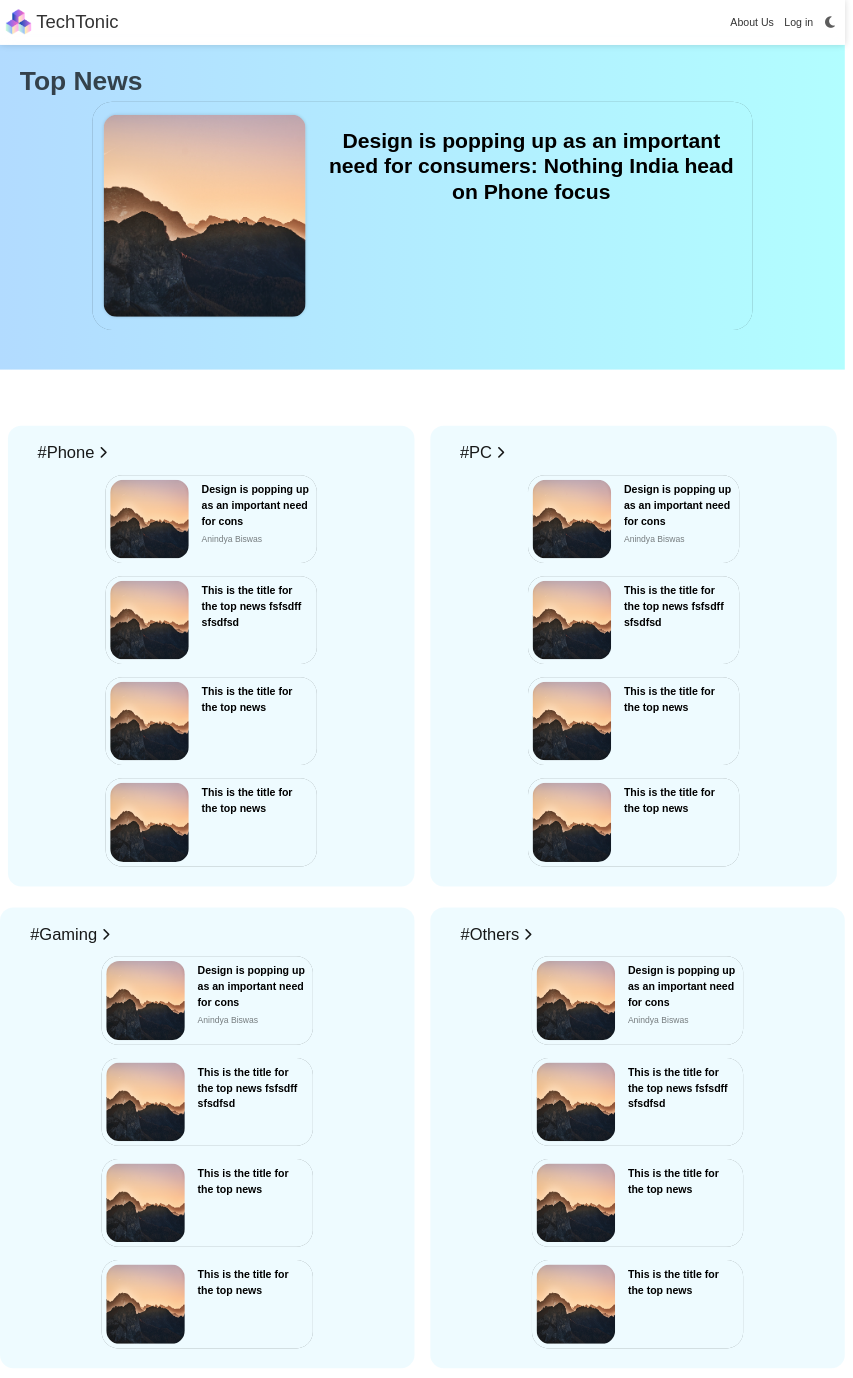
Repository: Anindyait/Tech-Tonic
Page: http://localhost/TechTonic/index.jsp
An editor plug-in stored every save of this project. The page is shown before and after the next save, followed by the edit.
The browser window is 1280 px wide. The page is 1292 px wide, so the pictures cover 1292 px, including what lies to the right of the window. The pictures show the whole page, at 66% of full size.
Some web fonts or font styles are not loaded; a fallback is used. Some web libraries are served in a nearby version. The page is served by Tomcat 9. Other server files are loaded and not shown. The template is opened directly, without the code that normally fills it, so the values that code supplies are empty.

Above is the page before, as saved 2023-06-11 14:32:43.

### TechTonic/src/main/webapp/index.jsp
<%@ page import = "java.io.*,java.util.*,java.sql.*"%>
<%@ page import = "javax.servlet.http.*,javax.servlet.*" %>
<%@ taglib uri="http://java.sun.com/jsp/jstl/core" prefix = "c"%>
<%@ taglib uri="http://java.sun.com/jsp/jstl/sql" prefix = "sql"%>

<!doctype html>
<html lang="en">
<head>
    <meta charset="ISO-8859-1">
    <script src="http://crypto-js.googlecode.com/svn/tags/3.1.2/build/rollups/md5.js"></script>
   <script src="https://cdnjs.cloudflare.com/ajax/libs/crypto-js/3.1.9-1/crypto-js.js"></script>
    <script src="https://code.jquery.com/jquery-3.3.1.js"
			integrity="sha256-2Kok7MbOyxpgUVvAk/HJ2jigOSYS2auK4Pfzbm7uH60="
			crossorigin="anonymous">
	</script>
	<link href="https://cdn.jsdelivr.net/npm/bootstrap@5.2.3/dist/css/bootstrap.min.css" rel="stylesheet" integrity="sha384-rbsA2VBKQhggwzxH7pPCaAqO46MgnOM80zW1RWuH61DGLwZJEdK2Kadq2F9CUG65" crossorigin="anonymous">
	<script>
		$(function () {
			$("#header").load("header.html");
			$("#footer").load("footer.html");
		});

	</script>



	<meta name="viewport" content="width=device-width, initial-scale=1">
    <title><% out.println(request.getAttribute("title")); %></title>
    <link rel="icon" href="imgs/tech.png">


</head>
<body>



    <script src="https://cdn.jsdelivr.net/npm/bootstrap@5.2.3/dist/js/bootstrap.bundle.min.js" integrity="sha384-kenU1KFdBIe4zVF0s0G1M5b4hcpxyD9F7jL+jjXkk+Q2h455rYXK/7HAuoJl+0I4" crossorigin="anonymous"></script>

    <div class="font">
		<div class="container-fluid">
			<div id="header"></div>
			    <link rel="stylesheet" href="styles/style.css">
			    <div class="header-spacing"></div>

			    <div class="top-bg">
        			<h1>Top News</h1>

			     	<div class="top-news">
            			<div class="row" style="margin:auto">
	                		<div class="col-md-4" >
	                    		<img src="imgs/img.jpg" class="img-fluid top-img" style="margin:auto">
	                		</div>
                    	<div class="col-md" >
                        	<h2 class="top-news-title d-flex align-items-center">Design is popping up as an important need for consumers: Nothing India head on Phone focus</h2>
                       <!-- <p class="top-news-poster">Anindya Biswas</p>-->

                		</div>
          			  </div>
       				 </div>
    			</div>

    <div class="row" style="margin:2px auto;">
        <div class="col-md" >
            <div class="news-container">
                <a href="#" class="no-decoration">
                <div class="news-category">#Phone <i class="fa-solid fa-chevron-right fa-xs"></i></div>
                </a>
                <ul>
                <li>
                <div class="news">
                    <div class="row" style="margin:auto;">
                        <div class="col-5" >
                            <div class="news-image-container">
                            <img src="imgs/img.jpg" class="img-fluid ">
                            </div>
                        </div>
                            <div class="col" >
                                <div class="news-title" max-length="10">Design is popping up as an important need for consumers: Nothing India head on Phone focus adasdasdhi dasdhaishdiasd asdihaidyaiodaoidaod</div>
                                <p>Anindya Biswas</p>
                            </div>
                    </div>
                </div>
                </li>

                <li>
                <div class="news">

                    <div class="row" style="margin:auto">
                        <div class="col-5" >
                            <div class="news-image-container">
                            <img src="imgs/img.jpg" height="100%" class="img-fluid">
                            </div>
                        </div>
                            <div class="col" style="width:100%">
                                <div class="news-title">This is the title for the top news fsfsdff sfsdfsdfsd fsdf s d f s d f s dfs fdfgfgdfg dfg dffgd fg gdfg dfg dfg dfg dfg dfgdfgergtrhfg ggdfg</div>
                        </div>
                    </div>
                </div>
            </li>



                <li>
                <div class="news">
                    <div class="row" style="margin:auto">
                        <div class="col-5">
                            <div class="news-image-container">
                            <img src="imgs/img.jpg" height="100%" class="img-fluid">
                            </div>
                        </div>
                            <div class="col">
                                <div class="news-title">This is the title for the top news</div>
                        </div>
                    </div>
                </div>
            </li>

            <li>
                <div class="news">
                    <div class="row" style="margin:auto">
                        <div class="col-5">
                            <div class="news-image-container">
                            <img src="imgs/img.jpg" height="100%" class="img-fluid">
                            </div>
                        </div>
                            <div class="col">
                                <div class="news-title">This is the title for the top news</div>
                        </div>
                    </div>
                </div>
            </li>



            </ul>


        </div>
        </div>
        <div class="col-md" >
            <div class="news-container">
                <a href="#" class="no-decoration">
                <div class="news-category">#PC <i class="fa-solid fa-chevron-right fa-xs"></i></div>
                </a>
            <ul>
                <li>
                <div class="news">
                    <div class="row" style="margin:auto;">
                        <div class="col-5" >
                            <div class="news-image-container">
                            <img src="imgs/img.jpg" class="img-fluid ">
                            </div>
                        </div>
                            <div class="col" >
                                <div class="news-title" max-length="10">Design is popping up as an important need for consumers: Nothing India head on Phone focus adasdasdhi dasdhaishdiasd asdihaidyaiodaoidaod</div>
                                <p>Anindya Biswas</p>
                            </div>
                    </div>
                </div>
                </li>

                <li>
                <div class="news">

                    <div class="row" style="margin:auto">
                        <div class="col-5" >
                            <div class="news-image-container">
                            <img src="imgs/img.jpg" height="100%" class="img-fluid">
                            </div>
                        </div>
                            <div class="col" style="width:100%">
                                <div class="news-title">This is the title for the top news fsfsdff sfsdfsdfsd fsdf s d f s d f s dfs fdfgfgdfg dfg dffgd fg gdfg dfg dfg dfg dfg dfgdfgergtrhfg ggdfg</div>
                        </div>
                    </div>
                </div>
            </li>



                <li>
                <div class="news">
                    <div class="row" style="margin:auto">
                        <div class="col-5">
                            <div class="news-image-container">
                            <img src="imgs/img.jpg" height="100%" class="img-fluid">
                            </div>
                        </div>
                            <div class="col">
                                <div class="news-title">This is the title for the top news</div>
                        </div>
                    </div>
                </div>
            </li>

            <li>
                <div class="news">
                    <div class="row" style="margin:auto">
                        <div class="col-5">
                            <div class="news-image-container">
                            <img src="imgs/img.jpg" height="100%" class="img-fluid">
                            </div>
                        </div>
                            <div class="col">
                                <div class="news-title">This is the title for the top news</div>
                        </div>
                    </div>
                </div>
            </li>



            </ul>


            </div>


        </div>

    </div>
    <div class="row">
        <div class="col-md" >
            <div class="news-container">
                <a href="#" class="no-decoration">
                <div class="news-category">#Gaming <i class="fa-solid fa-chevron-right fa-xs"></i></div>
                </a>
            <ul>
                <li>
                <div class="news">
                    <div class="row" style="margin:auto;">
                        <div class="col-5" >
                            <div class="news-image-container">
                            <img src="imgs/img.jpg" class="img-fluid ">
                            </div>
                        </div>
                            <div class="col" >
                                <div class="news-title" max-length="10">Design is popping up as an important need for consumers: Nothing India head on Phone focus adasdasdhi dasdhaishdiasd asdihaidyaiodaoidaod</div>
                                <p>Anindya Biswas</p>
                            </div>
                    </div>
                </div>
                </li>

                <li>
                <div class="news">

                    <div class="row" style="margin:auto">
                        <div class="col-5" >
                            <div class="news-image-container">
                            <img src="imgs/img.jpg" height="100%" class="img-fluid">
                            </div>
                        </div>
                            <div class="col" style="width:100%">
                                <div class="news-title">This is the title for the top news fsfsdff sfsdfsdfsd fsdf s d f s d f s dfs fdfgfgdfg dfg dffgd fg gdfg dfg dfg dfg dfg dfgdfgergtrhfg ggdfg</div>
                        </div>
                    </div>
                </div>
            </li>



                <li>
                <div class="news">
                    <div class="row" style="margin:auto">
                        <div class="col-5">
                            <div class="news-image-container">
                            <img src="imgs/img.jpg" height="100%" class="img-fluid">
                            </div>
                        </div>
                            <div class="col">
                                <div class="news-title">This is the title for the top news</div>
                        </div>
                    </div>
                </div>
            </li>

            <li>
                <div class="news">
                    <div class="row" style="margin:auto">
                        <div class="col-5">
                            <div class="news-image-container">
                            <img src="imgs/img.jpg" height="100%" class="img-fluid">
                            </div>
                        </div>
                            <div class="col">
                                <div class="news-title">This is the title for the top news</div>
                        </div>
                    </div>
                </div>
            </li>



            </ul>


            </div>


        </div>

        <div class="col-md" >
            <div class="news-container">
                <a href="#" class="no-decoration">
                <div class="news-category">#Others <i class="fa-solid fa-chevron-right fa-xs"></i></div>
                </a>
            <ul>
                <li>
                <div class="news">
                    <div class="row" style="margin:auto;">
                        <div class="col-5" >
                            <div class="news-image-container">
                            <img src="imgs/img.jpg" class="img-fluid ">
                            </div>
                        </div>
                            <div class="col" >
                                <div class="news-title" max-length="10">Design is popping up as an important need for consumers: Nothing India head on Phone focus adasdasdhi dasdhaishdiasd asdihaidyaiodaoidaod</div>
                                <p>Anindya Biswas</p>
                            </div>
                    </div>
                </div>
                </li>

                <li>
                <div class="news">

                    <div class="row" style="margin:auto">
                        <div class="col-5" >
                            <div class="news-image-container">
                            <img src="imgs/img.jpg" height="100%" class="img-fluid">
                            </div>
                        </div>
                            <div class="col" style="width:100%">
                                <div class="news-title">This is the title for the top news fsfsdff sfsdfsdfsd fsdf s d f s d f s dfs fdfgfgdfg dfg dffgd fg gdfg dfg dfg dfg dfg dfgdfgergtrhfg ggdfg</div>
                        </div>
                    </div>
                </div>
            </li>



                <li>
                <div class="news">
                    <div class="row" style="margin:auto">
                        <div class="col-5">
                            <div class="news-image-container">
                            <img src="imgs/img.jpg" height="100%" class="img-fluid">
                            </div>
                        </div>
                            <div class="col">
                                <div class="news-title">This is the title for the top news</div>
                        </div>
                    </div>
                </div>
            </li>

            <li>
                <div class="news">
                    <div class="row" style="margin:auto">
                        <div class="col-5">
                            <div class="news-image-container">
                            <img src="imgs/img.jpg" height="100%" class="img-fluid">
                            </div>
                        </div>
                            <div class="col">
                                <div class="news-title">This is the title for the top news</div>
                        </div>
                    </div>
                </div>
            </li>



            </ul>


            </div>

			</div>


		</div>
	</div>
	</div>


</body>
<script>
	$(document).ready(function(){

        $('.news-title').each(function (f) {

            var newstr = $(this).text().substring(0,50);
            $(this).text(newstr);

          });
      })
	</script>
</html>

### TechTonic/src/main/webapp/header.html
<!doctype html>
<html lang="en">
  <head>
    <link rel="icon" href="imgs/tech.png">

    <meta name="viewport" content="width=device-width, initial-scale=1">
    <title>TechTonic</title>
    <script src="https://kit.fontawesome.com/13deb536c6.js" crossorigin="anonymous"></script>

    <link rel="stylesheet" href="styles/style.css">
    <link href="https://cdn.jsdelivr.net/npm/bootstrap@5.3.0-alpha3/dist/css/bootstrap.min.css" rel="stylesheet" integrity="sha384-KK94CHFLLe+nY2dmCWGMq91rCGa5gtU4mk92HdvYe+M/SXH301p5ILy+dN9+nJOZ" crossorigin="anonymous">
          <script src="script/script.js" type="text/javascript" defer="defer"></script>
   <script>

  </script>

  </head>
  <body onload="checkLogin()">
    <div class="font">
    <script src="https://cdn.jsdelivr.net/npm/bootstrap@5.3.0-alpha3/dist/js/bootstrap.bundle.min.js" integrity="sha384-ENjdO4Dr2bkBIFxQpeoTz1HIcje39Wm4jDKdf19U8gI4ddQ3GYNS7NTKfAdVQSZe" crossorigin="anonymous"></script>

    <nav class="navbar fixed-top navbar-expand-lg nav-tweak" style="color:var(--text-color)!important;">
      <div class="container-fluid">
        <a class="navbar-brand" href="/">
            <img src="imgs/tech.png" alt="Logo" width="40" height="40" class="d-inline-block">

            <span>TechTonic</span>
        </a>

        <button class="navbar-toggler" type="button" data-bs-toggle="collapse" data-bs-target="#navbarNavDropdown" aria-controls="navbarNavDropdown" aria-expanded="false" aria-label="Toggle navigation">
            <span role="button" ><i class="fa fa-bars" aria-hidden="true" style="opacity:70%"></i></span>
        </button>
        <div class="collapse navbar-collapse justify-content-end" id="navbarNavDropdown" style="align:right">
          <ul class="navbar-nav">

            <li class="nav-item">
              <a class="nav-link"  href="/AboutUs">About Us</a>
            </li>
            <li class="nav-item">
              <a class="nav-link" id="login-dashboard"></a>
            </li>

            <li class="nav-item">
                <div class="mode-container">
                    <input type="checkbox" id="mode" onclick="changeMode(this)">
                    <label for="mode" id="modeIcon">
                        <i class="fa-solid fa-moon fa-lg"></i>
                    </label>
                </div>
            </li>


          </ul>
        </div>
      </div>
    </nav>
    </div>
  </body>

  <script>
  function checkLogin(){
      var user = getCookie("UID");
      if(user!="")
          console.log("Logged in");
      else
          console.log("Not logged in");
  }
  </script>



</html>

Loaded but not shown: TechTonic/src/main/webapp/script/script.js (181 lines, source omitted); TechTonic/src/main/webapp/styles/style.css (1336 lines, source omitted)

After the next save:
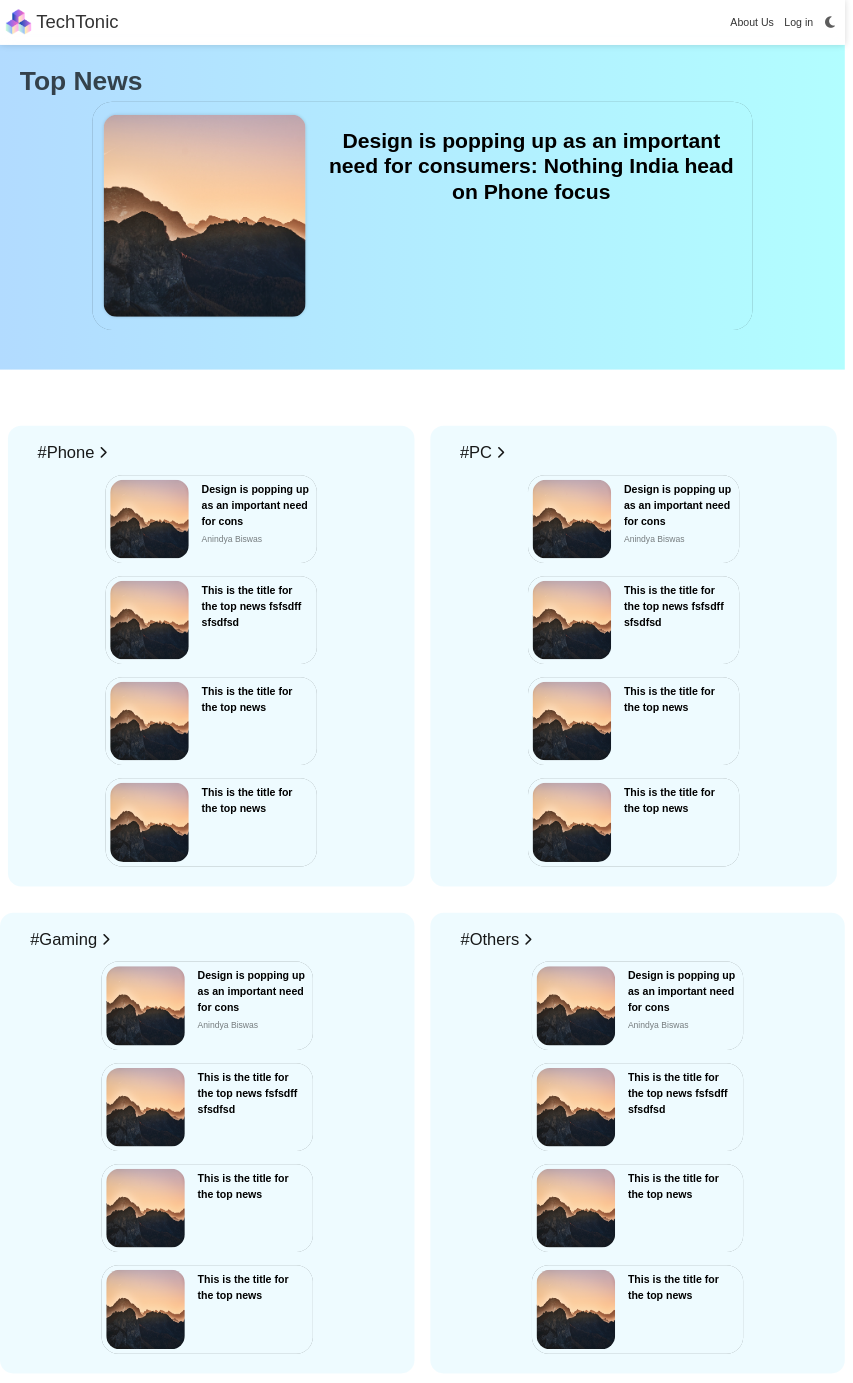
Saved 10 s later.
--- a/TechTonic/src/main/webapp/index.jsp
+++ b/TechTonic/src/main/webapp/index.jsp
@@ -59,7 +59,7 @@
        				 </div>
     			</div>
 
-    <div class="row" style="margin:2px auto;">
+    <div class="row" style="margin:10px auto;">
         <div class="col-md" >
             <div class="news-container">
                 <a href="#" class="no-decoration">
